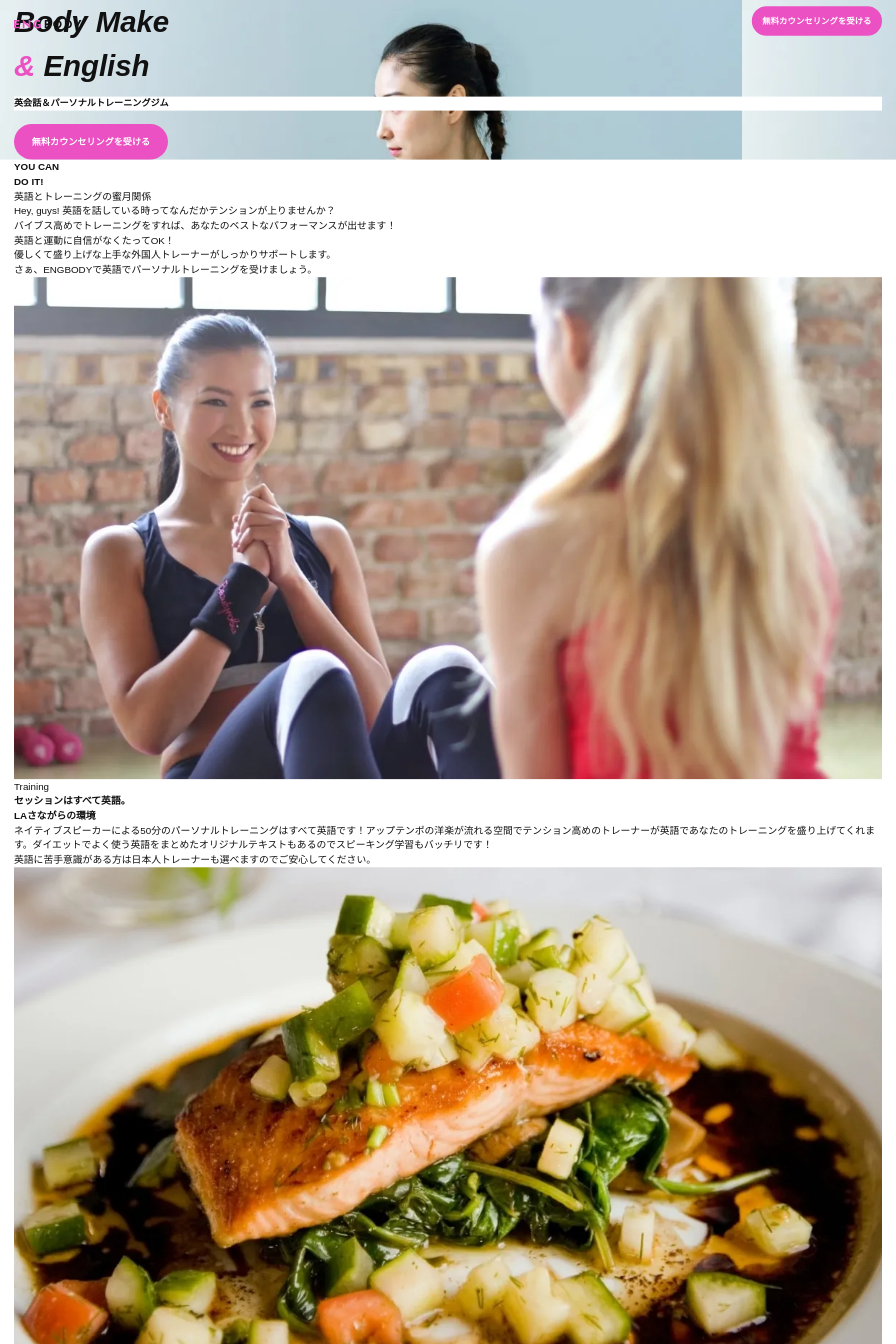
Repository: tetishi/engbody
Page: index.html
These files come from the project's save history. The page is drawn as it stood at one moment and after a run of saves; the edit follows.
The browser window is 1280 px wide. The pictures show the part of the page from y = 0 to 1920 px (the page is 12173 px tall), at 70% of full size.
The style sheet was rebuilt from its Sass, Less or Tailwind sources for each picture, by a compiler version that may differ from the author's.

Above is the page before, as saved 2023-07-25 23:58:54.

After the next 3 saves:
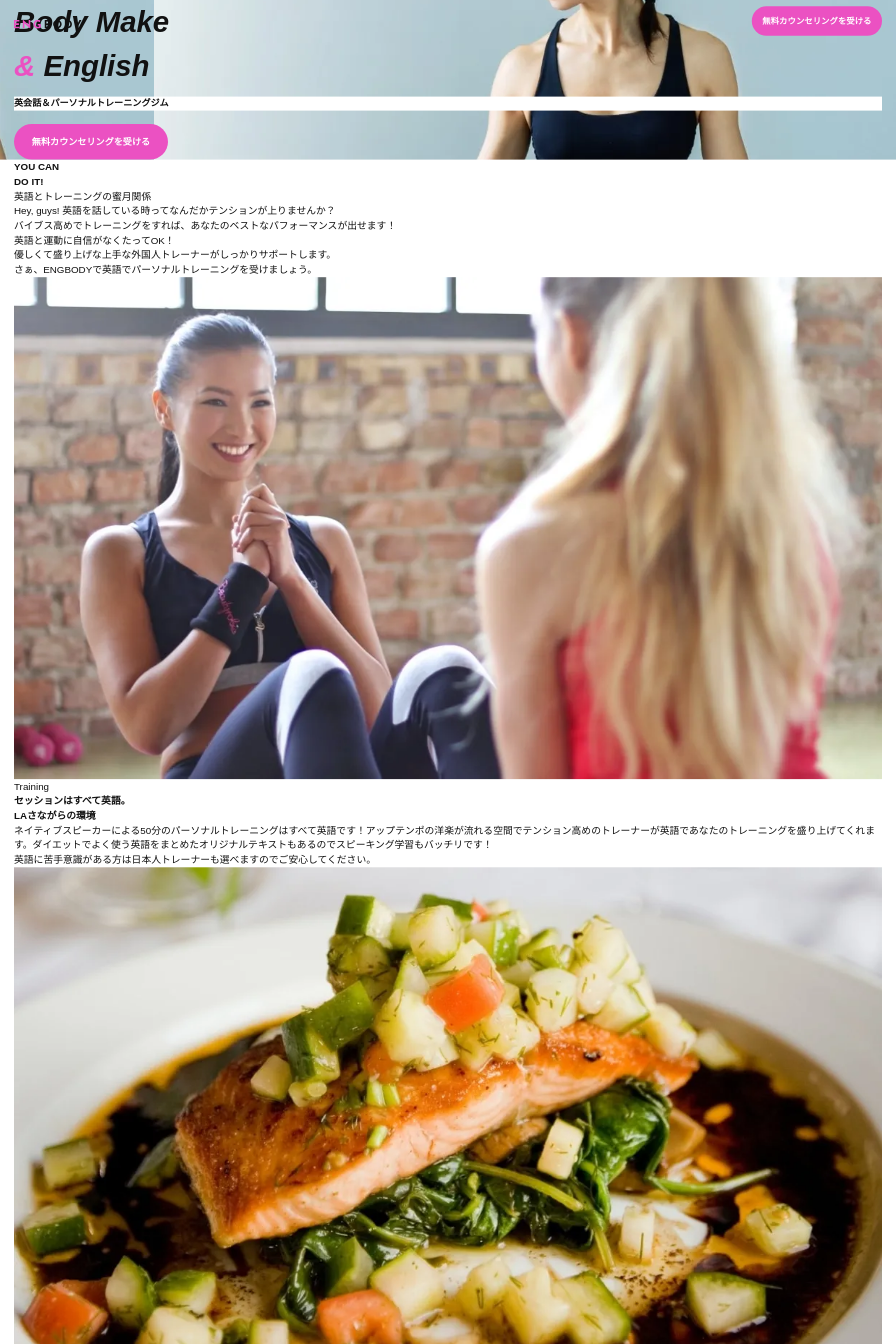
The 3 saves are shown as one change because 1 did not build or start and some came seconds apart.
The last was saved 25 s later.
--- a/css/style.scss
+++ b/css/style.scss
@@ -69,7 +69,7 @@ a {
 //fv
 .fv {
     background-image: url(../img/bg_mv.webp);
-
+    background-position: right;
 }
 .page-title {
     font-size: 4.2rem;
